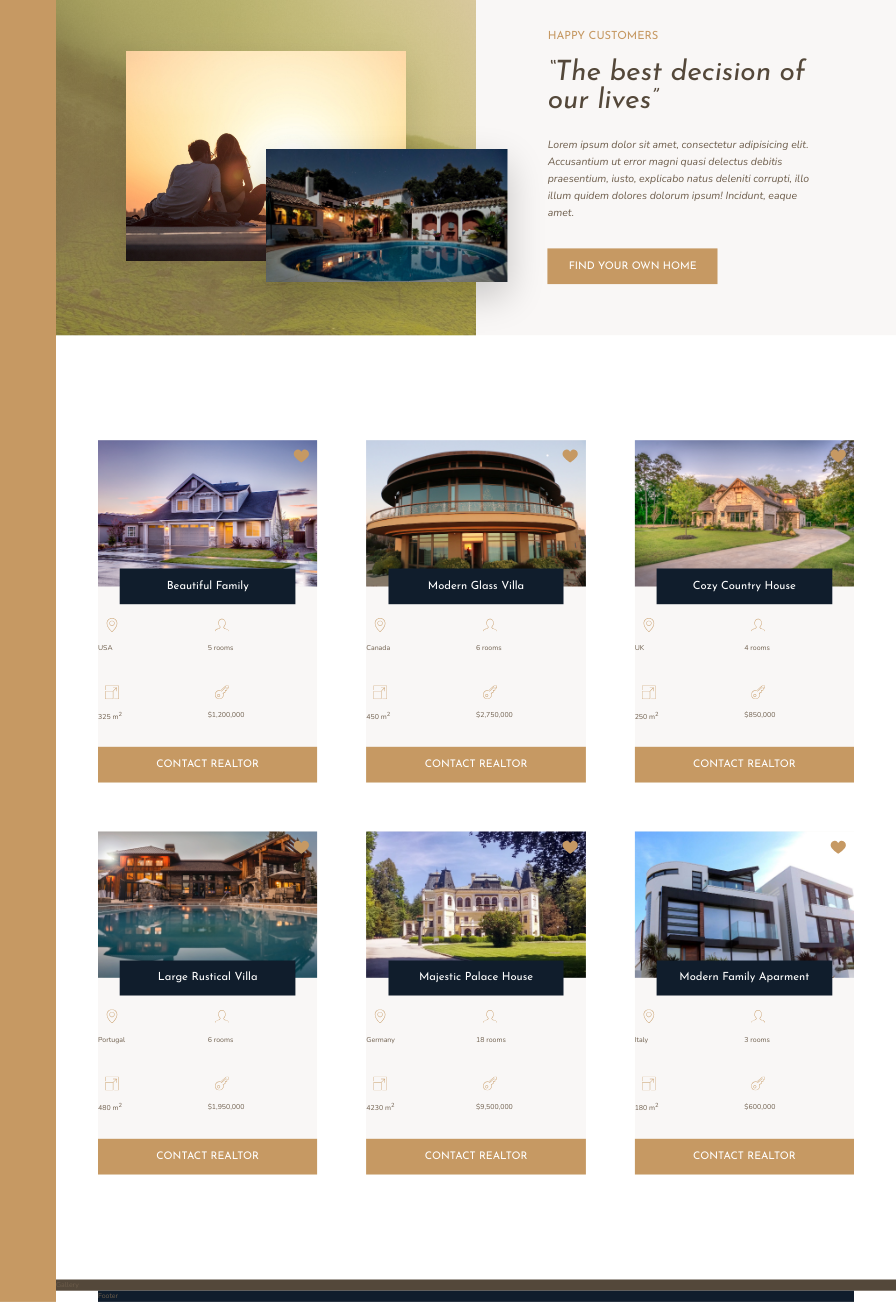
Repository: achwesiuk/nexter
Page: index.html
These files come from the project's save history. The page is drawn as it stood at one moment and after the next save; the edit follows.
The browser window is 1280 px wide. The pictures show the part of the page from y = 1127 to 3047 px (the page is 2987 px tall before and 3047 px after), at 70% of full size.
The style sheet was rebuilt from its Sass, Less or Tailwind sources for each picture, by a compiler version that may differ from the author's.

Above is the page before, as saved 2021-02-23 15:40:55.

After the next save:
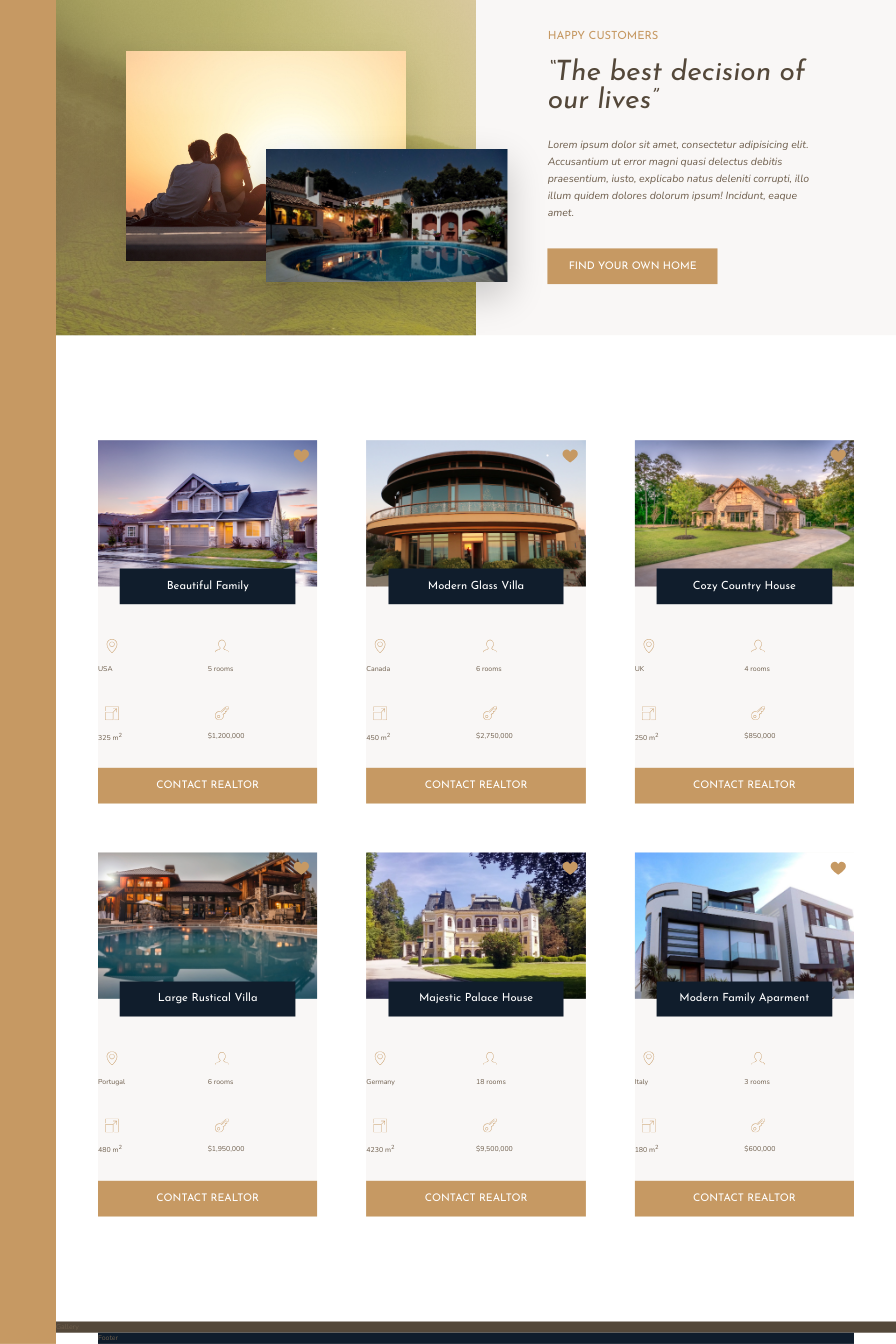
Saved 111 s later.
--- a/sass/_homes.scss
+++ b/sass/_homes.scss
@@ -52,6 +52,11 @@
     }
 
     &__location,
+    &__rooms {
+        margin-top: 3rem;
+    }
+
+    &__location,
     &__rooms,
     &__area,
     &__price {
